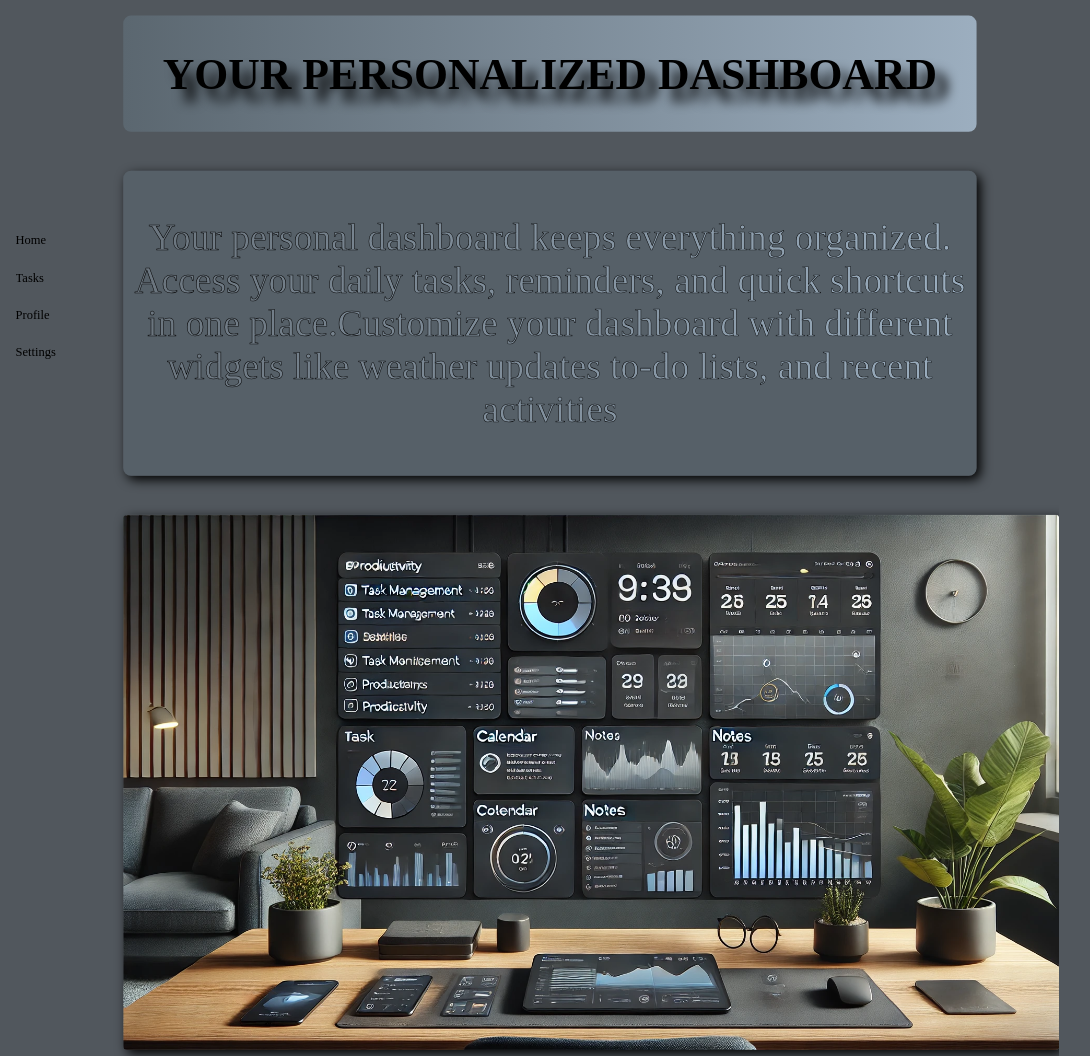
Repository: Parnicoza/testecomplete
Page: testcomplet-14.html
An editor plug-in stored every save of this project. The page is shown before and after the next save, followed by the edit.
The browser window is 1280 px wide. The page is 1358 px wide, then 1398 px, so the pictures cover 1398 px, including what lies to the right of the window. The pictures show the whole page, at 78% of full size.

Above is the page before, as saved 2025-02-26 18:27:38.

### testcomplet-14.html
<!DOCTYPE html>
<html lang="en">

<head>
    <title>Personal Dashboard</title>
    <link rel="stylesheet" href="stilizaretestcomplet-14.css">
    <link rel="icon" href="imaginitestecomplete/dashboard.ico">
</head>

<body>
    <div class="background-for-the-heading">
        <h1 class="main-heading">Your Personalized Dashboard</h1>
    </div>

    <div class="thesamebackground">
        <p class="paragraph-gradient">Your personal dashboard keeps everything organized. Access your daily tasks,
            reminders, and quick shortcuts in one place.Customize your dashboard with different widgets like weather
            updates to-do lists, and recent activities</p>
    </div>

    <div class="divimage">
    <img src="imaginitestecomplete/productivity.jpg" alt="productivity image" width="1200" class="image" title="Productivity image">
</div>

    <div class="Dashboard">
        <div class="sidebar">
            <ul class="list">
                <li>Home</li>
                <li>Tasks</li>
                <li>Profile</li>
                <li>Settings</li>
            </ul>
        </div>
    </div>
</body>

</html>

### stilizaretestcomplet-14.css
body{
    background-color:#51575D;
}

.main-heading{
    text-align: center;
    text-transform: uppercase;
    text-shadow: 15px 15px 15px black;
    font-size: 3.5em;
    color: black;
}

.background-for-the-heading{
    background: linear-gradient(to right, #5B6770, #9CAEBF);
    margin: 20px;
    padding: 5px;
    border-radius: 10px;
    margin-left: 150px;
}

.thesamebackground{
    background-color: rgba(91, 103, 112, 0.6) ;
    margin-left: 150px;
    margin-top: 50px;
    text-align: center;
    padding: 10px;
    border-radius: 10px;
    box-shadow: 5px 5px 15px black;
    margin-right: 20px;
}

.paragraph-gradient{
    background: linear-gradient(to right, #6A747D, #9BAEBF);
    background-clip: text;
    color: transparent;
    font-size: 3em;
    -webkit-text-stroke: 0.7px black;
    text-align: center;
}

.quote{
    border: 1px dotted black;
    padding: 10px;
    margin-left: 150px;
}

.divider{
    border: none;
    height: 4px;
    background-color: lightgray;
    border: 3px dotted black;
    margin: 14px;
    margin-left: 150px;
}

.image{
    border-radius: 5px;
    box-shadow: 5px 5px 15px black;
    display: block;
    margin: 0 auto;
}

.picture{
    margin-left: 150px;
}

.Dashboard{
    display: flex;
}

.sidebar{
    display: flex;
    flex-direction: column;
   width: 250px;
   position: fixed;
   left: 0;
   top: 0;
   height: 100vh;
   justify-content: center;
   margin: 20px;
}

.list{
    list-style-type: none;
    display: flex;
    flex-direction: column;
    gap: 30px;
    padding: 0;
}

.container{
    margin-left: 150px;
}

.divimage{
    display: block;
    margin-left: 150px;
    margin-top: 50px;

}

After the next save:
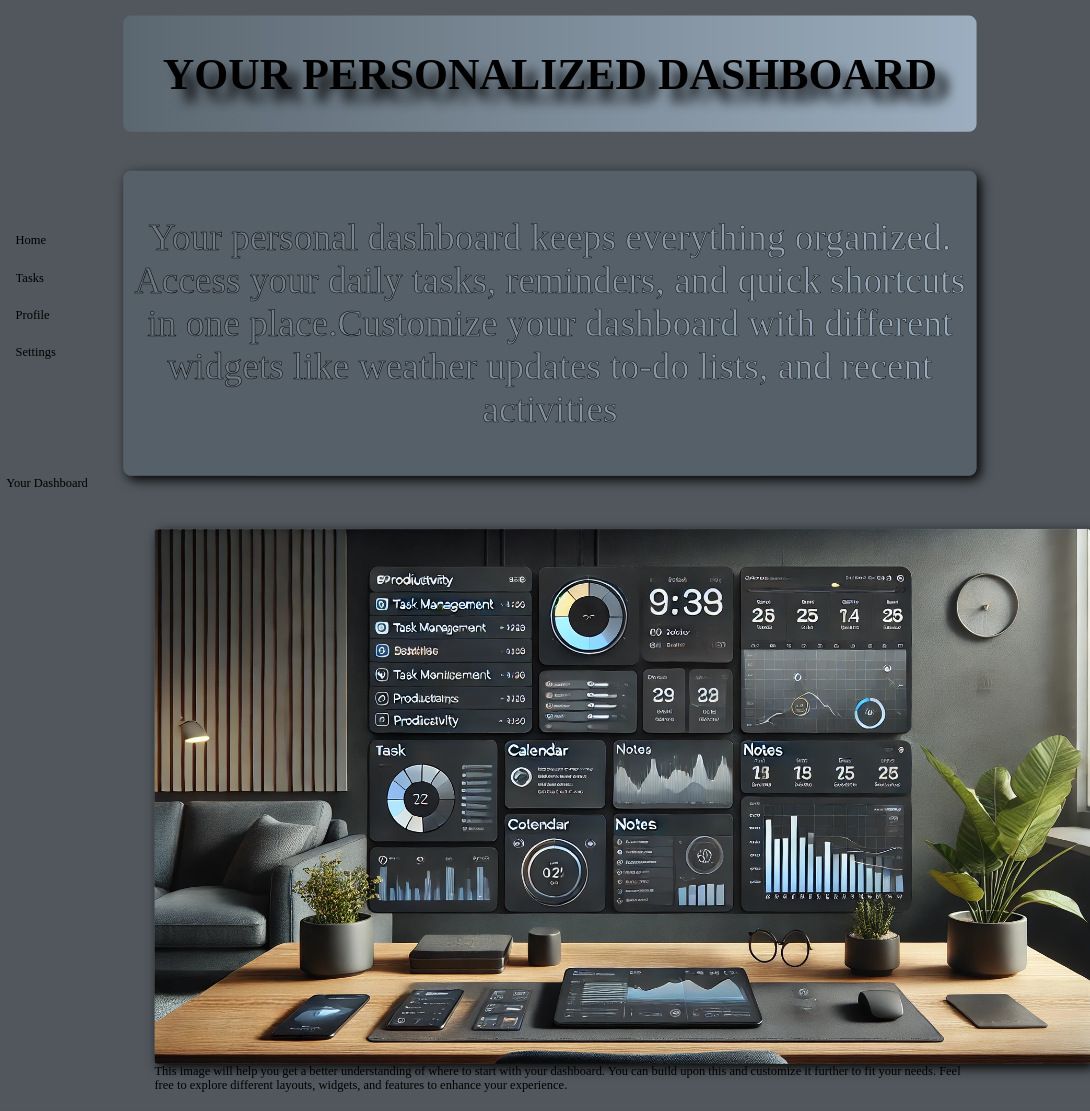
Saved 8 min 41 s later.
--- a/testcomplet-14.html
+++ b/testcomplet-14.html
@@ -18,9 +18,16 @@
             updates to-do lists, and recent activities</p>
     </div>
 
+    <caption class="caption">Your Dashboard</caption>
     <div class="divimage">
-    <img src="imaginitestecomplete/productivity.jpg" alt="productivity image" width="1200" class="image" title="Productivity image">
-</div>
+        <figure>
+            <img src="imaginitestecomplete/productivity.jpg" alt="productivity image" width="1200" class="image" title="Productivity image">
+            <figcaption class="figcaption">This image will help you get a better understanding of where to start with your dashboard.
+                You can build upon this and customize it further to fit your needs.
+                Feel free to explore different layouts, widgets, and features to enhance your experience.
+            </figcaption>
+        </figure>
+    </div>
 
     <div class="Dashboard">
         <div class="sidebar">
